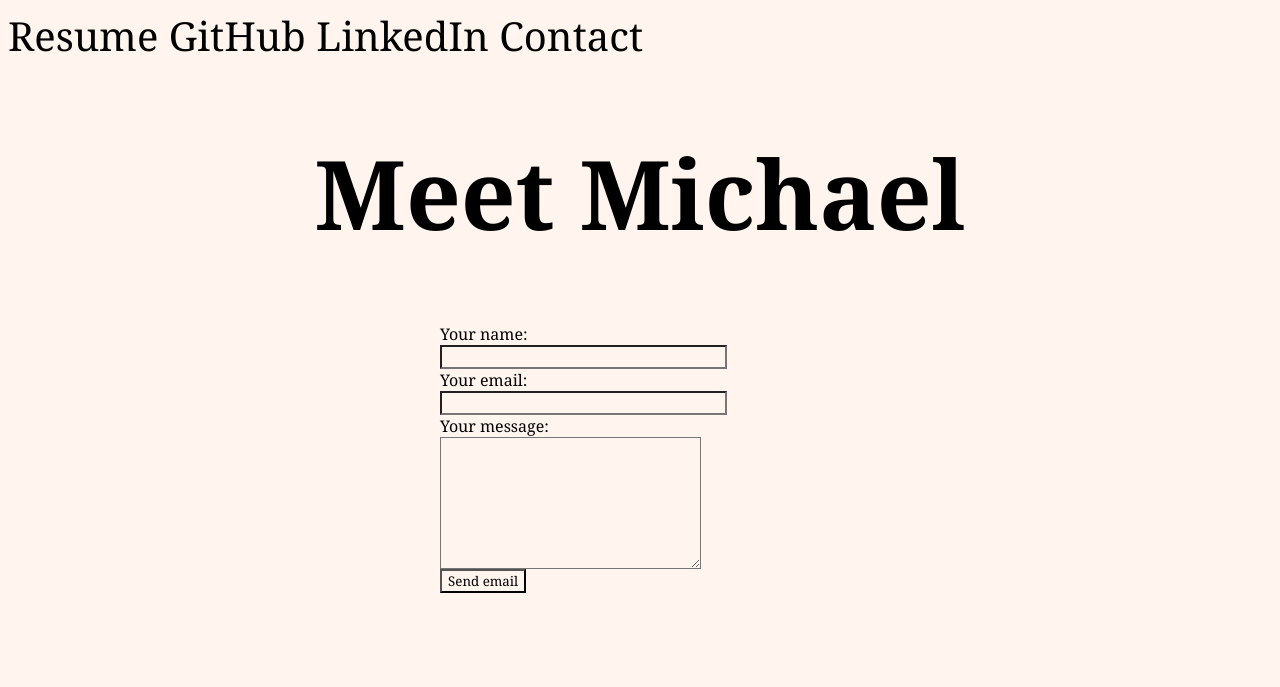
Repository: strandedonthird/strandedonthird.github.io
Page: HTML/contact.html
An editor plug-in stored every save of this project. The page is shown before and after a run of saves, followed by the edit.
The browser window is 1280 px wide. The pictures show the whole page.

Above is the page before, as saved 2022-05-09 17:38:12.

After the next 2 saves:
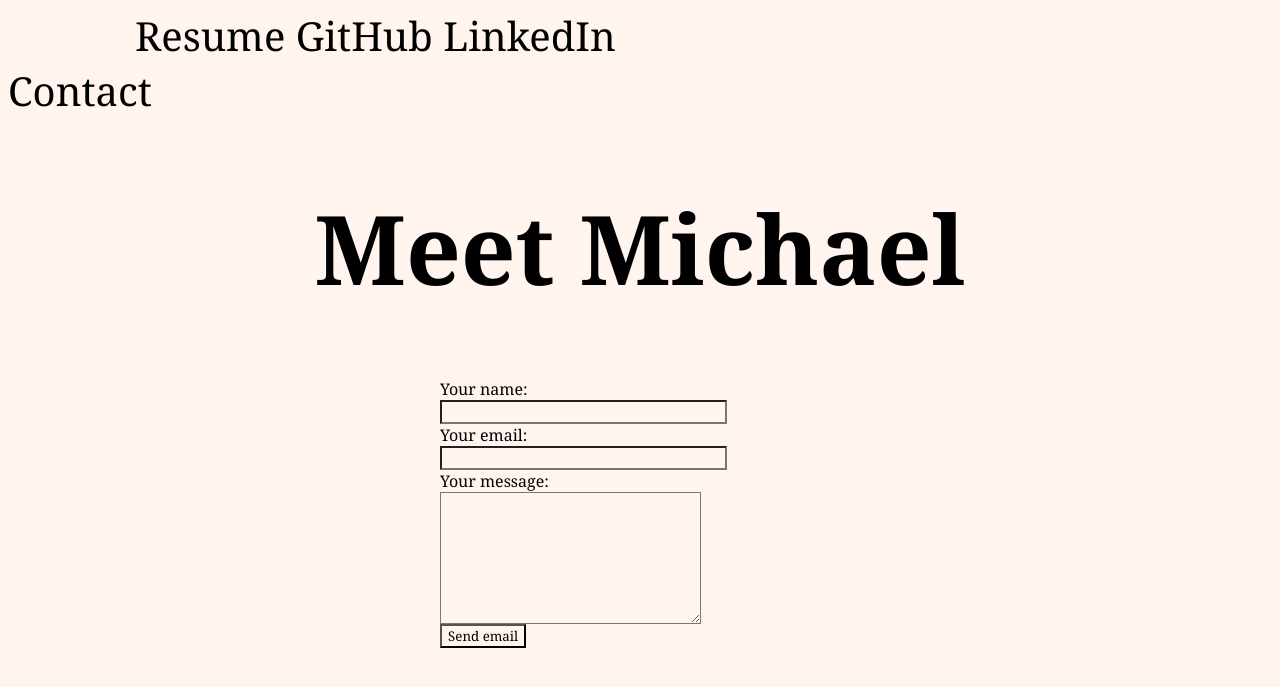
The 2 saves are shown as one change because they came seconds apart.
The last was saved 7 s later.
--- a/CSS/index.css
+++ b/CSS/index.css
@@ -7,7 +7,7 @@
 .container {
   display: flex;
   display: inline-block;
-  text-indent: ;
+  text-indent: 20%;
   font-size: 2.5em;
 }
 
